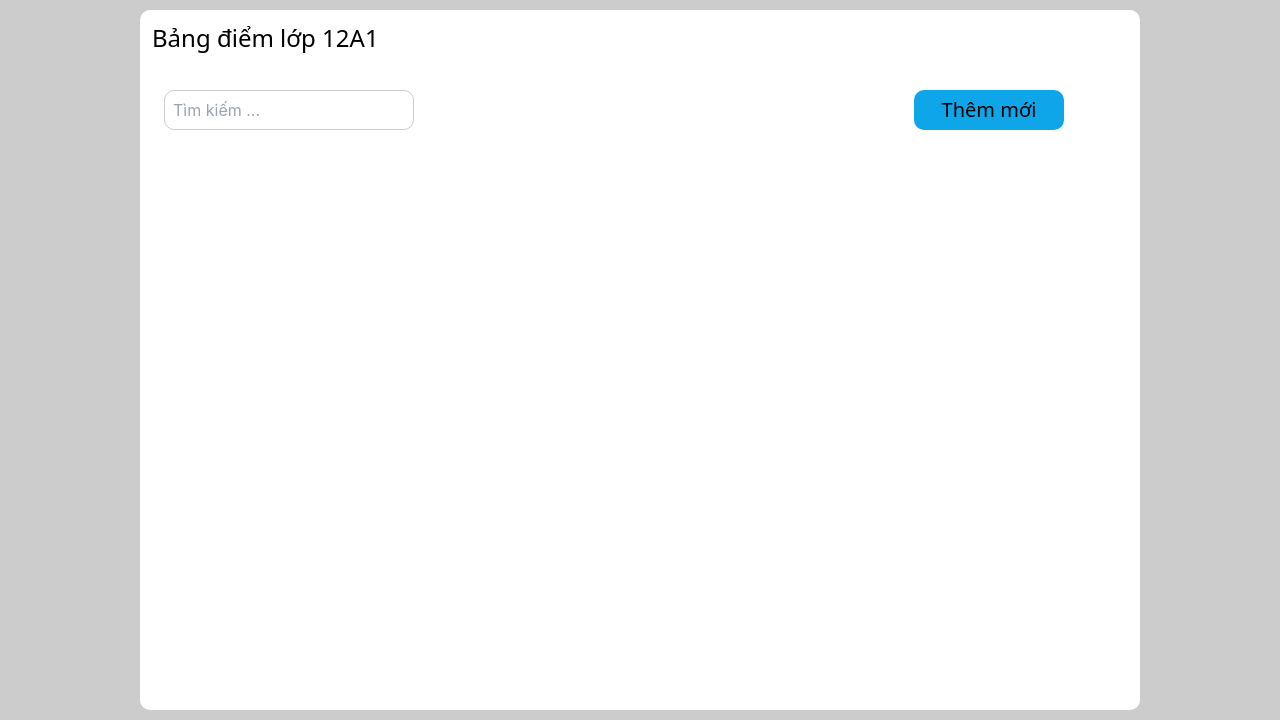
Repository: doducthuan/ReactJS-Movie
Page: /
These files come from the project's save history. The page is drawn as it stood at one moment and after the next save; the edit follows.
The browser window is 1280 px wide. The pictures show the whole page.
The project was rebuilt for these pictures with package versions that can differ from the ones it lists, and the page was loaded fresh each time. Also part of the build but not shown: src/App.css.

Above is the page before, as saved 2024-01-13 06:04:20.

### public/index.html
<!DOCTYPE html>
<html lang="en">
  <head>
    <meta charset="utf-8" />
    <link rel="icon" href="%PUBLIC_URL%/avatar_rmbg.png" />
    <meta name="viewport" content="width=device-width, initial-scale=1" />
    <meta name="theme-color" content="#000000" />
    <meta
      name="description"
      content="Web site created using create-react-app"
    />
    <link rel="apple-touch-icon" href="%PUBLIC_URL%/logo192.png" />
    <!--
      manifest.json provides metadata used when your web app is installed on a
      user's mobile device or desktop. See https://developers.google.com/web/fundamentals/web-app-manifest/
    -->
    <link rel="manifest" href="%PUBLIC_URL%/manifest.json" />
    <!--
      Notice the use of %PUBLIC_URL% in the tags above.
      It will be replaced with the URL of the `public` folder during the build.
      Only files inside the `public` folder can be referenced from the HTML.

      Unlike "/favicon.ico" or "favicon.ico", "%PUBLIC_URL%/favicon.ico" will
      work correctly both with client-side routing and a non-root public URL.
      Learn how to configure a non-root public URL by running `npm run build`.
    -->
    <title>Mèo Hen</title>
  </head>
  <body>
    <noscript>You need to enable JavaScript to run this app.</noscript>
    <div id="root"></div>
    <!--
      This HTML file is a template.
      If you open it directly in the browser, you will see an empty page.

      You can add webfonts, meta tags, or analytics to this file.
      The build step will place the bundled scripts into the <body> tag.

      To begin the development, run `npm start` or `yarn start`.
      To create a production bundle, use `npm run build` or `yarn build`.
    -->
  </body>
</html>

### src/App.js
//import SignIn from './components/account/SignIn';
import './App.css';
import Students from './components/students/Students';
//import AdminLayout from './components/shared/AdminLayout';

function App() {
  return (
    <div className="App">
      <Students></Students>
    </div>
  );
}

export default App;

### src/components/students/Students.js
import React from 'react';
import './styles.css';
const Students = () => {
    return (
        <div className="full-view">
            <div className="border-data">
                <p className="font-sans text-2xl ml-3 mt-3">Bảng điểm lớp 12A1</p>
                <div className="table-data">
                    <div className="search-add mt-9 ml-6 mr-6 flex">
                        <input className="search-all" placeholder='Tìm kiếm ...' />
                        <button className="add-student font-sans text-xl bg-sky-500">Thêm mới</button>
                    </div>
                </div>

            </div>
        </div>
    );
};

export default Students;

### src/components/students/styles.css
.full-view{
    display: flex;
    justify-content: center;
    align-items: center;
    height: 100vh;
    background-color: #ccc;
}
.border-data{
    width: 1000px;
    height: 700px;
    background-color: #fff;
    border-radius: 10px;
}
.search-add{
    height: 200px;
    gap: 500px;
}
.search-all{
    width: 250px;
    height: 40px;
    border: 1px solid #ccc;
    border-radius: 10px;
    padding: 8px;
}
.add-student{
    width: 150px;
    height: 40px;
    border-radius: 10px;
}

Loaded but not shown: src/index.js (common file); src/index.css (common file); src/reportWebVitals.js (common file); tailwind.config.js (common file)

After the next save:
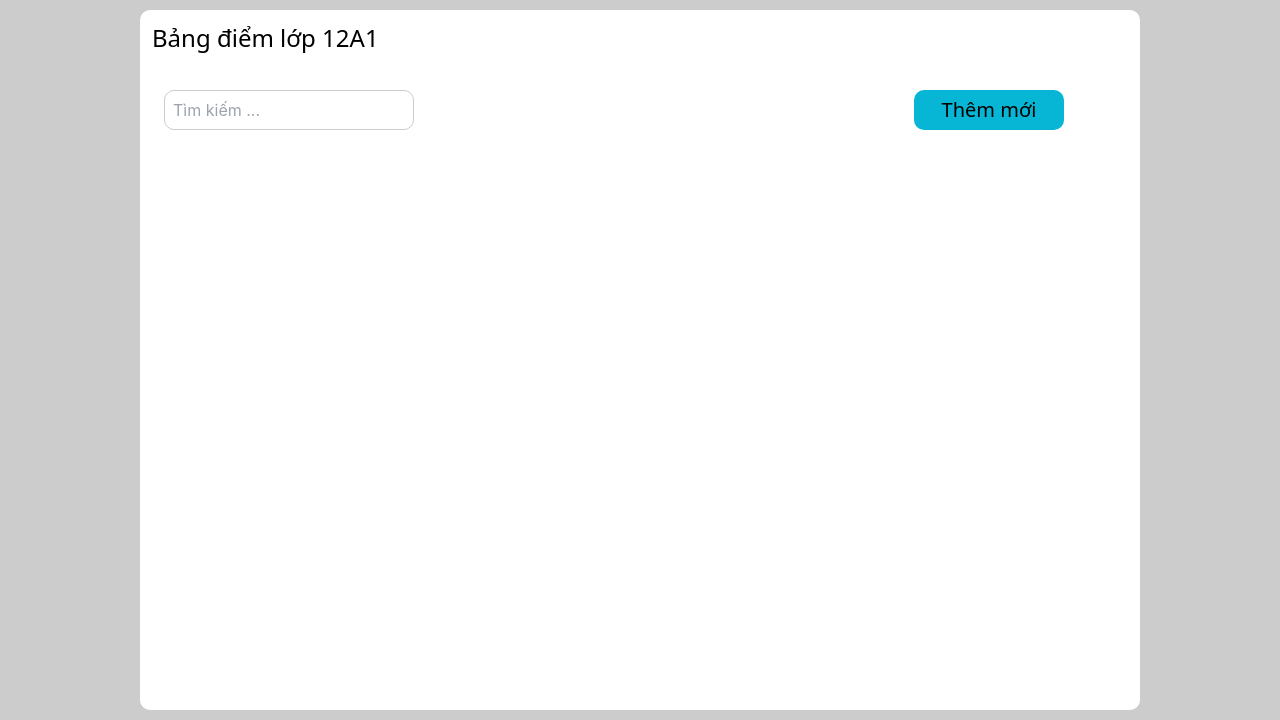
Saved 79 s later.
--- a/src/components/students/Students.js
+++ b/src/components/students/Students.js
@@ -8,7 +8,7 @@ const Students = () => {
                 <div className="table-data">
                     <div className="search-add mt-9 ml-6 mr-6 flex">
                         <input className="search-all" placeholder='Tìm kiếm ...' />
-                        <button className="add-student font-sans text-xl bg-sky-500">Thêm mới</button>
+                        <button className="add-student font-sans text-xl bg-cyan-500 hover:bg-cyan-600">Thêm mới</button>
                     </div>
                 </div>
 
